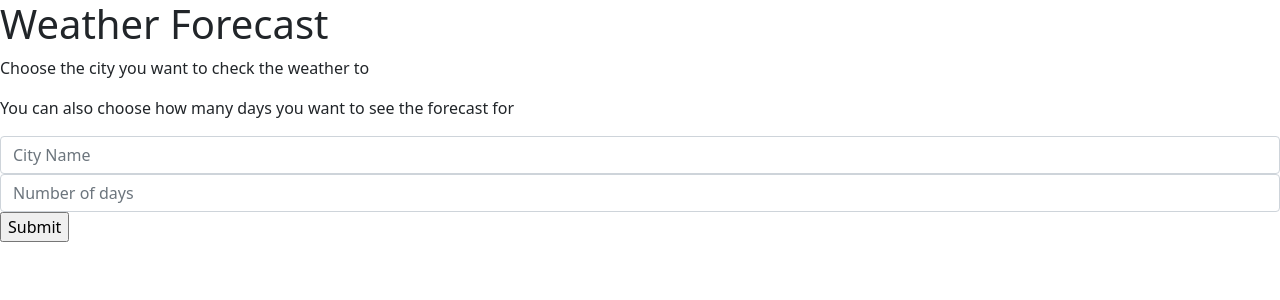
Repository: DimitrisDoxopoulos/my-own-weather-app
Page: /
An editor plug-in stored every save of this project. The page is shown before and after the next save, followed by the edit.
The browser window is 1280 px wide. The pictures show the whole page.
The project was rebuilt for these pictures with package versions that can differ from the ones it lists, and the page was loaded fresh each time.

Above is the page before, as saved 2021-06-03 15:15:28.

### src/App.js
import './App.css';

/*--------------- Importing Components ------------------- */
import Wrapper from './components/Wrapper'
import Header from './components/Header'
import Tagline from './components/Tagline'
import Form from './components/Form'
/*--------------- Importing Components ------------------- */

function App() {
  return (
    <div className="App">
      <Wrapper>
        <Header />
        <Tagline />
        <Form />
      </Wrapper>
    </div>
  );
}

export default App;

### src/App.css
.App {
  /* text-align: center; */
}

.App-logo {
  height: 40vmin;
  pointer-events: none;
}

.App-header {
  background-color: #282c34;
  min-height: 100vh;
  display: flex;
  flex-direction: column;
  align-items: center;
  justify-content: center;
  font-size: calc(10px + 2vmin);
  color: white;
}

.App-link {
  color: #61dafb;
}

### src/components/Wrapper.js
import React from 'react';

const Wrapper = (props) => {
    return(
    <div className='d-flex flex-column justify-content-center'>
        { props.children }
    </div>
    )
}

export default Wrapper;

### src/components/Header.js
import React from 'react'

const Header = () => {
    return (
        <div className="">
            <h1 className="">Weather Forecast</h1>
        </div>
    )
}

export default Header

### src/components/Tagline.js
import React from 'react'

const Tagline = () => {
    return (
        <div>
            <p>Choose the city you want to check the weather to</p>
            <p>You can also choose how many days you want to see the forecast for</p>
        </div>
    )
}

export default Tagline

### src/components/Form.js
import React from 'react'

const Form = () => {
    return (
        <div>
            <form>
                <div class="form-group">
                    <input type="text" class="form-control" id="exampleFormControlInput1" placeholder="City Name" />
                </div>
                <div class="form-group">
                   <input type="text" class="form-control" id="exampleFormControlInput1" placeholder="Number of days" />
                </div>
                <input type="submit" value="Submit" />
            </form>
        </div>
    )
}

export default Form

Loaded but not shown: public/index.html (common file); src/index.js (common file); src/index.css (common file); src/reportWebVitals.js (common file)

After the next save:
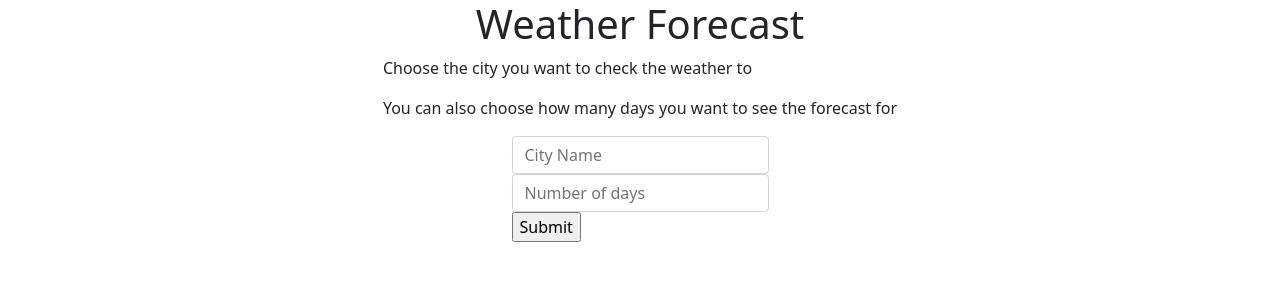
Saved 21 s later.
--- a/src/components/Wrapper.js
+++ b/src/components/Wrapper.js
@@ -2,7 +2,7 @@ import React from 'react';
 
 const Wrapper = (props) => {
     return(
-    <div className='d-flex flex-column justify-content-center'>
+    <div className='d-flex flex-column justify-content-center align-items-center'>
         { props.children }
     </div>
     )
